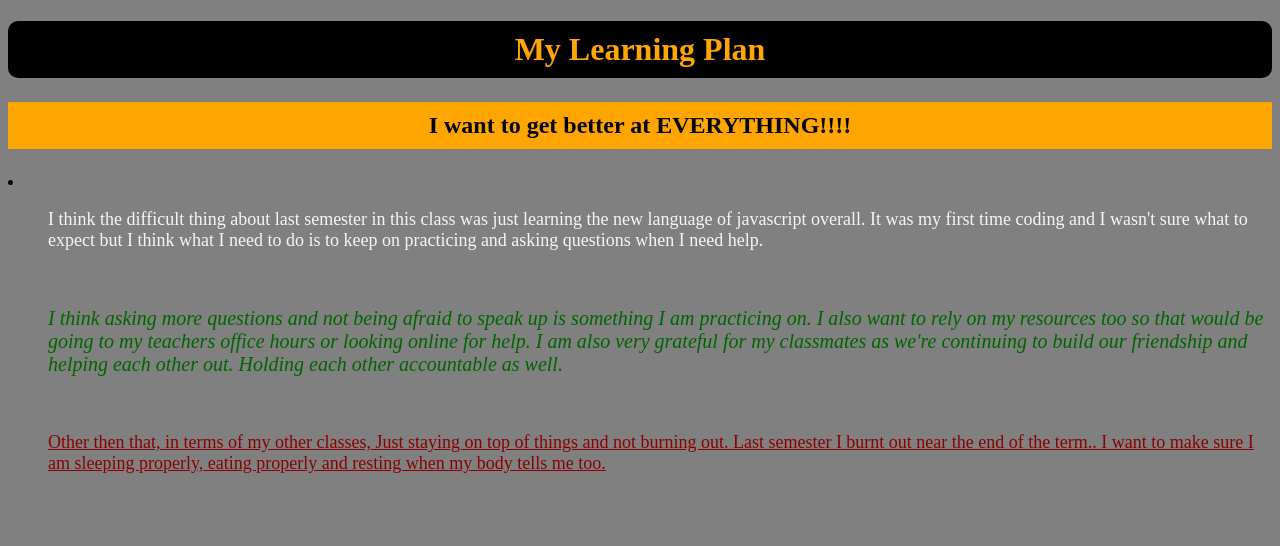
Repository: boofoo-png/mdia-2109
Page: Lab 3/learning-plan.html
These files come from the project's save history. The page is drawn as it stood at one moment and after the next save; the edit follows.
The browser window is 1280 px wide. The pictures show the whole page.

Above is the page before, as saved 2026-02-02 11:20:51.

### Lab 3/learning-plan.html
<!doctype html>
<html lang="en">
    <head>
        <meta charset="UTF-8" />
        <meta name="viewport" content="width=device-width, initial-scale=1.0" />
        <title>Learning Plan</title>
        <link rel="stylesheet" href="styles.css" />
    </head>
    <body>
        <h1>My Learning Plan</h1>
        <p class="title">I want to get better at EVERYTHING!!!!</p>
        <li>
            <ol>
                <div></div>
                <p class="intro">
                    I think the difficult thing about last semester in this
                    class was just learning the new language of javascript
                    overall. It was my first time coding and I wasn't sure what
                    to expect but I think what I need to do is to keep on
                    practicing and asking questions when I need help.
                </p>
            </ol>
            <br />
            <ol>
                <p class="maingoal">
                    I think asking more questions and not being afraid to speak
                    up is something I am practicing on. I also want to rely on
                    my resources too so that would be going to my teachers
                    office hours or looking online for help. I am also very
                    grateful for my classmates as we're continuing to build our
                    friendship and helping each other out. Holding each other
                    accountable as well.
                </p>
            </ol>
            <br />
            <ol>
                <p class="ending">
                    Other then that, in terms of my other classes, Just staying
                    on top of things and not burning out. Last semester I burnt
                    out near the end of the term.. I want to make sure I am
                    sleeping properly, eating properly and resting when my body
                    tells me too.
                </p>
            </ol>
        </li>
    </body>
</html>

### Lab 3/styles.css
h1 {
    color: orange;
    text-align: center;
    justify-content: center;
    border-radius: 10px;
    background-color: black;
    padding: 10px;
    font-family: "Times New Roman", Times, serif;
}

p.title {
    font-size: 24px;
    font-weight: bold;
    color: black;
    justify-content: center;
    text-align: center;
    padding: 10px;
    background-color: orange;
    font-family: "Times New Roman", Times, serif;
}

p.intro {
    font-size: 18px;
    color: whitesmoke;
}

p.maingoal {
    font-size: 20px;
    font-style: italic;
    color: darkgreen;
}

p.ending {
    font-size: 18px;
    text-decoration: underline;
    color: darkred;
}

body {
    background-color: grey;
}

After the next save:
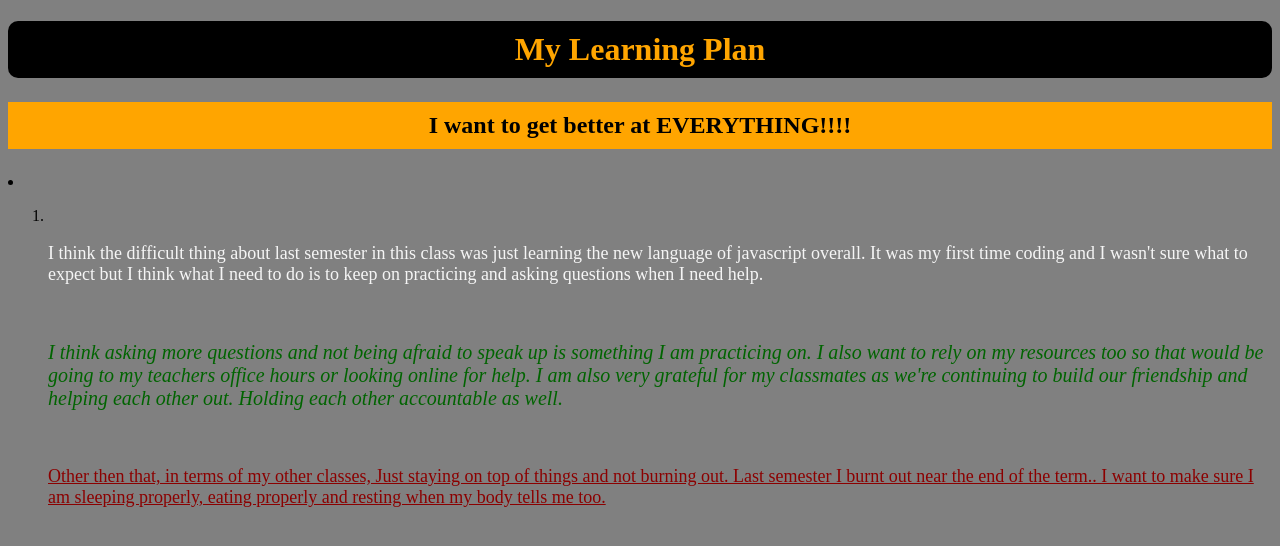
Saved 4 s later.
--- a/Lab 3/learning-plan.html
+++ b/Lab 3/learning-plan.html
@@ -11,7 +11,7 @@
         <p class="title">I want to get better at EVERYTHING!!!!</p>
         <li>
             <ol>
-                <div></div>
+                <div><li></li></div>
                 <p class="intro">
                     I think the difficult thing about last semester in this
                     class was just learning the new language of javascript

After the save that followed:
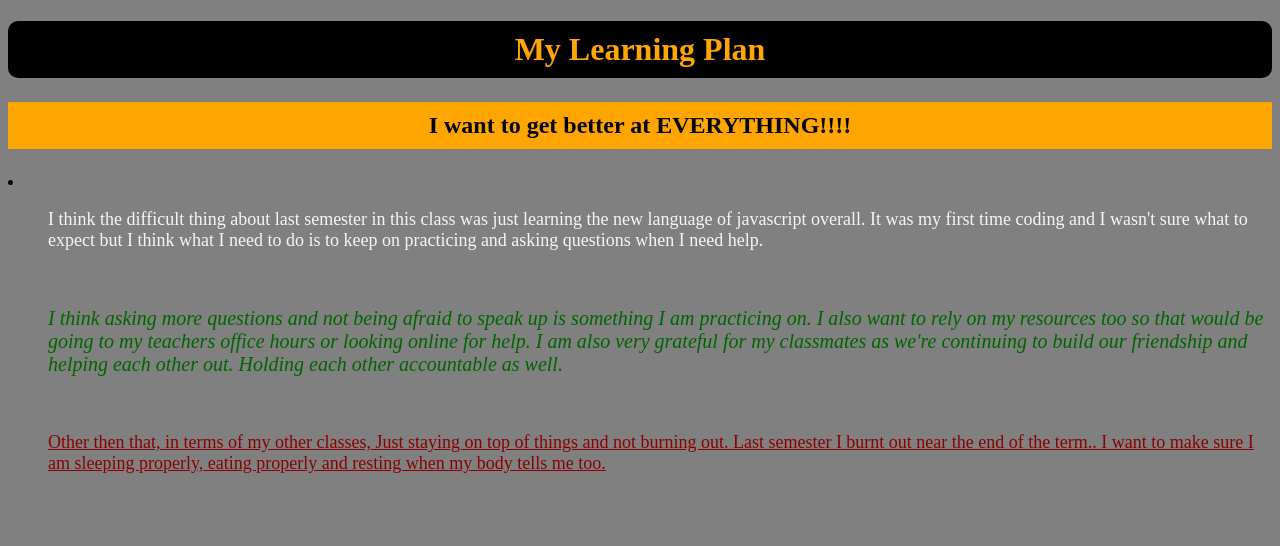
Saved 4 s later.
--- a/Lab 3/learning-plan.html
+++ b/Lab 3/learning-plan.html
@@ -11,7 +11,7 @@
         <p class="title">I want to get better at EVERYTHING!!!!</p>
         <li>
             <ol>
-                <div><li></li></div>
+                <div></div>
                 <p class="intro">
                     I think the difficult thing about last semester in this
                     class was just learning the new language of javascript
